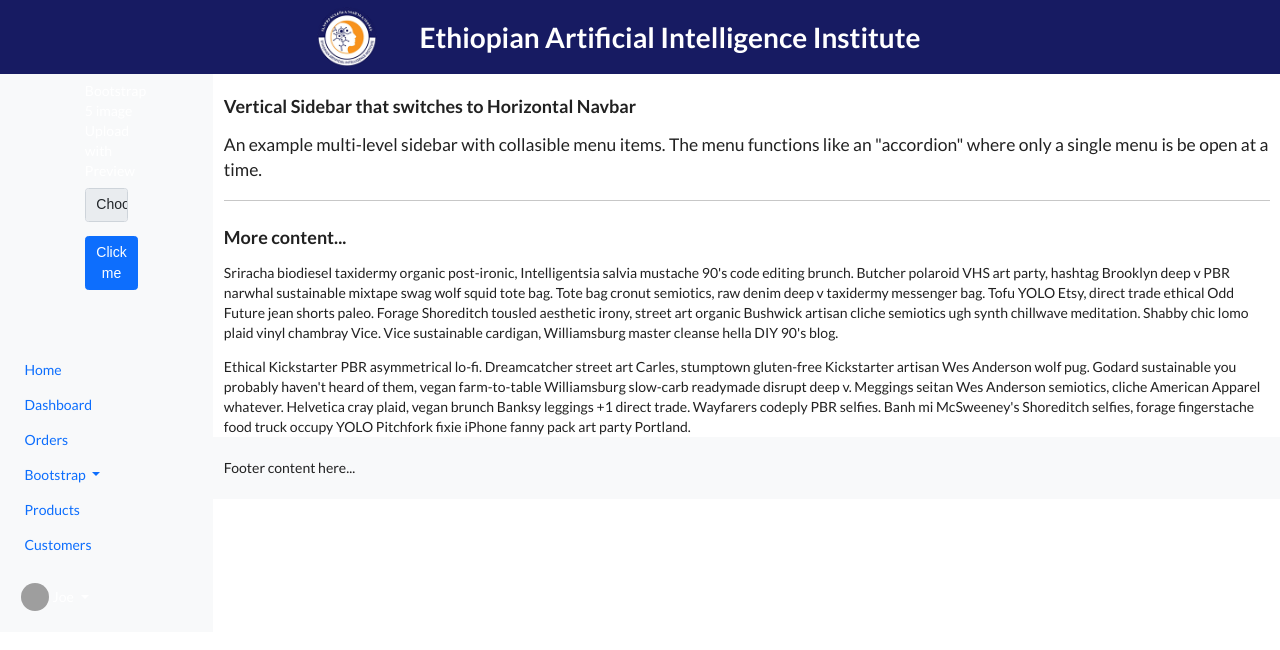
Repository: degagawolde/lung-disease-detection-webapp
Page: http://localhost/
An editor plug-in stored every save of this project. The page is shown before and after the next save, followed by the edit.
The browser window is 1280 px wide. The pictures show the whole page.
Pictures or frames that could not be fetched are drawn as grey boxes. Some web libraries are served in a nearby version. The page is served by the project's application, run on Django 4.2 (manage.py). Other server files are loaded and not shown.

Above is the page before, as saved 2022-09-25 17:54:41.

### templates/index.html
<!DOCTYPE html>
{% load static %}
<link
rel = "stylesheet"
type = "text/css"
href = "{% static '/bootstrap/css/bootstrap.min.css' %}"
/>
<html lang="en">
<head>
    <style>
        @media (min-width: 576px) {
            .h-sm-100 {
                height: 100%;
            }
        }
    </style>
    <!-- Required meta tags -->
    <meta charset="utf-8">
    <meta name="viewport" content="width=device-width, initial-scale=1, shrink-to-fit=no">
    <!-- semantic UI -->
    <link rel="stylesheet" type='text/css'
        href="https://cdnjs.cloudflare.com/ajax/libs/semantic-ui/2.2.14/semantic.min.css">
    <!--Chart js-->
    <script src="https://cdnjs.cloudflare.com/ajax/libs/Chart.js/2.8.0/Chart.min.js"
        integrity="sha256-Uv9BNBucvCPipKQ2NS9wYpJmi8DTOEfTA/nH2aoJALw=" crossorigin="anonymous"></script>
    <link rel="stylesheet" href="https://cdnjs.cloudflare.com/ajax/libs/Chart.js/2.8.0/Chart.min.css"
        integrity="sha256-aa0xaJgmK/X74WM224KMQeNQC2xYKwlAt08oZqjeF0E=" crossorigin="anonymous" />
    <!-- jQuery -->
    <script src="https://code.jquery.com/jquery-3.3.1.min.js"></script>
</head>
<body>
        <script>
            function preview() {
                frame.src = URL.createObjectURL(event.target.files[0]);
            }
            function clearImage() {
                document.getElementById('formFile').value = null;
                frame.src = "";
            }
        </script>

    <nav class="navbar justify-content-center" style="background-color: #171b62;">
        <img src="{% static 'images/logo.png' %}" width="60" height="60" class="d-inline-block align-top" alt="">
    <div class="px-5">
        <h1 style="color: white;">Ethiopian Artificial Intelligence Institute</h1>
    </div>
    </nav>
 <div class="container-fluid overflow-hidden">
    <div class="row vh-200 overflow-auto">
        <div class="col-12 col-sm-3 col-xl-2 px-sm-2 px-0 bg-light d-flex sticky-top">
            <div class="d-flex flex-sm-column flex-row flex-grow-1 align-items-center align-items-sm-start px-3 pt-2 text-white">
            <div class="container col-md-6">
                <div class="mb-5">
                    <label for="Image" class="form-label">Bootstrap 5 image Upload with Preview</label>
                    <input class="form-control" type="file" id="formFile" onchange="preview()">
                    <button onclick="clearImage()" class="btn btn-primary mt-3">Click me</button>
                </div>
                <img id="frame" src="" class="img-fluid" />
            </div>
                <ul class="nav nav-pills flex-sm-column flex-row flex-nowrap flex-shrink-1 flex-sm-grow-0 flex-grow-1 mb-sm-auto mb-0 justify-content-center align-items-center align-items-sm-start" id="menu">
                    <li class="nav-item">
                        <a href="#" class="nav-link px-sm-0 px-2">
                            <i class="fs-5 bi-house"></i><span class="ms-1 d-none d-sm-inline">Home</span>
                        </a>
                    </li>
                    <li>
                        <a href="#submenu1" data-bs-toggle="collapse" class="nav-link px-sm-0 px-2">
                            <i class="fs-5 bi-speedometer2"></i><span class="ms-1 d-none d-sm-inline">Dashboard</span> </a>
                    </li>
                    <li>
                        <a href="#" class="nav-link px-sm-0 px-2">
                            <i class="fs-5 bi-table"></i><span class="ms-1 d-none d-sm-inline">Orders</span></a>
                    </li>
                    <li class="dropdown">
                        <a href="#" class="nav-link dropdown-toggle px-sm-0 px-1" id="dropdown" data-bs-toggle="dropdown" aria-expanded="false">
                            <i class="fs-5 bi-bootstrap"></i><span class="ms-1 d-none d-sm-inline">Bootstrap</span>
                        </a>
                        <ul class="dropdown-menu dropdown-menu-dark text-small shadow" aria-labelledby="dropdown">
                            <li><a class="dropdown-item" href="#">New project...</a></li>
                            <li><a class="dropdown-item" href="#">Settings</a></li>
                            <li><a class="dropdown-item" href="#">Profile</a></li>
                            <li>
                                <hr class="dropdown-divider">
                            </li>
                            <li><a class="dropdown-item" href="#">Sign out</a></li>
                        </ul>
                    </li>
                    <li>
                        <a href="#" class="nav-link px-sm-0 px-2">
                            <i class="fs-5 bi-grid"></i><span class="ms-1 d-none d-sm-inline">Products</span></a>
                    </li>
                    <li>
                        <a href="#" class="nav-link px-sm-0 px-2">
                            <i class="fs-5 bi-people"></i><span class="ms-1 d-none d-sm-inline">Customers</span> </a>
                    </li>
                </ul>
                <div class="dropdown py-sm-4 mt-sm-auto ms-auto ms-sm-0 flex-shrink-1">
                    <a href="#" class="d-flex align-items-center text-white text-decoration-none dropdown-toggle" id="dropdownUser1" data-bs-toggle="dropdown" aria-expanded="false">
                        <img src="https://github.com/mdo.png" alt="hugenerd" width="28" height="28" class="rounded-circle">
                        <span class="d-none d-sm-inline mx-1">Joe</span>
                    </a>
                    <ul class="dropdown-menu dropdown-menu-dark text-small shadow" aria-labelledby="dropdownUser1">
                        <li><a class="dropdown-item" href="#">New project...</a></li>
                        <li><a class="dropdown-item" href="#">Settings</a></li>
                        <li><a class="dropdown-item" href="#">Profile</a></li>
                        <li>
                            <hr class="dropdown-divider">
                        </li>
                        <li><a class="dropdown-item" href="#">Sign out</a></li>
                    </ul>
                </div>
            </div>
        </div>
        <div class="col d-flex flex-column h-sm-100">
            <main class="row overflow-auto">
                <div class="col pt-4">
                    <h3>Vertical Sidebar that switches to Horizontal Navbar</h3>
                    <p class="lead">An example multi-level sidebar with collasible menu items. The menu functions like an "accordion" where only a single menu is be open at a time.</p>
                    <hr />
                    <h3>More content...</h3>
                    <p>Sriracha biodiesel taxidermy organic post-ironic, Intelligentsia salvia mustache 90's code editing brunch. Butcher polaroid VHS art party, hashtag Brooklyn deep v PBR narwhal sustainable mixtape swag wolf squid tote bag. Tote bag cronut semiotics, raw denim deep v taxidermy messenger bag. Tofu YOLO Etsy, direct trade ethical Odd Future jean shorts paleo. Forage Shoreditch tousled aesthetic irony, street art organic Bushwick artisan cliche semiotics ugh synth chillwave meditation. Shabby chic lomo plaid vinyl chambray Vice. Vice sustainable cardigan, Williamsburg master cleanse hella DIY 90's blog.</p>
                    <p>Ethical Kickstarter PBR asymmetrical lo-fi. Dreamcatcher street art Carles, stumptown gluten-free Kickstarter artisan Wes Anderson wolf pug. Godard sustainable you probably haven't heard of them, vegan farm-to-table Williamsburg slow-carb readymade disrupt deep v. Meggings seitan Wes Anderson semiotics, cliche American Apparel whatever. Helvetica cray plaid, vegan brunch Banksy leggings +1 direct trade. Wayfarers codeply PBR selfies. Banh mi McSweeney's Shoreditch selfies, forage fingerstache food truck occupy YOLO Pitchfork fixie iPhone fanny pack art party Portland.</p>
                </div>
            </main>
            <footer class="row bg-light py-4 mt-auto">
                <div class="col"> Footer content here... </div>
            </footer>
        </div>
    </div>
</div>
</div>
     {% block content %}
     {% endblock %}
</body>
</html>

### DiseaseClassification/views.py
from django.http import HttpResponse
from django.shortcuts import render
from datetime import datetime
# Create your views here.

import re

def home(request):
    return render(request,'index.html')

def hello_there(request, name):
    return render(
        request,
        'hello.html',
        {
            'name': name,
            'date': datetime.now()
        }
    )

### LungDiseaseDetection/urls.py
"""LungDiseaseDetection URL Configuration

The `urlpatterns` list routes URLs to views. For more information please see:
    https://docs.djangoproject.com/en/4.0/topics/http/urls/
Examples:
Function views
    1. Add an import:  from my_app import views
    2. Add a URL to urlpatterns:  path('', views.home, name='home')
Class-based views
    1. Add an import:  from other_app.views import Home
    2. Add a URL to urlpatterns:  path('', Home.as_view(), name='home')
Including another URLconf
    1. Import the include() function: from django.urls import include, path
    2. Add a URL to urlpatterns:  path('blog/', include('blog.urls'))
"""
from django.contrib.staticfiles.urls import staticfiles_urlpatterns

from django.contrib import admin
from django.urls import path

from django.contrib import admin
from django.urls import include, path

urlpatterns = [
    path("", include("DiseaseClassification.urls")),
    path('admin/', admin.site.urls)
]

urlpatterns += staticfiles_urlpatterns()

### DiseaseClassification/urls.py
from django.urls import path
from DiseaseClassification import views

urlpatterns = [
    path("", views.home, name="home"),
    path("classify/<name>",views.hello_there,name='classification')
]

Loaded but not shown: static/bootstrap/css/bootstrap.min.css (library)

After the next save:
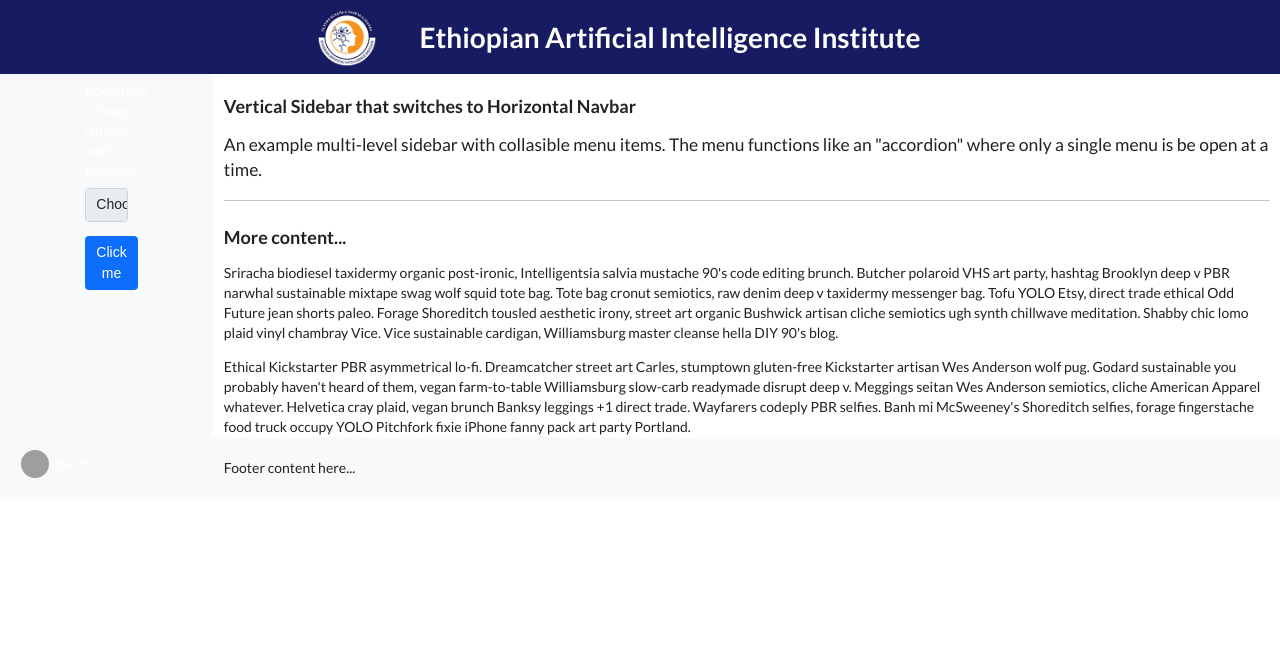
Saved 45 s later.
--- a/templates/index.html
+++ b/templates/index.html
@@ -57,43 +57,7 @@
                 </div>
                 <img id="frame" src="" class="img-fluid" />
             </div>
-                <ul class="nav nav-pills flex-sm-column flex-row flex-nowrap flex-shrink-1 flex-sm-grow-0 flex-grow-1 mb-sm-auto mb-0 justify-content-center align-items-center align-items-sm-start" id="menu">
-                    <li class="nav-item">
-                        <a href="#" class="nav-link px-sm-0 px-2">
-                            <i class="fs-5 bi-house"></i><span class="ms-1 d-none d-sm-inline">Home</span>
-                        </a>
-                    </li>
-                    <li>
-                        <a href="#submenu1" data-bs-toggle="collapse" class="nav-link px-sm-0 px-2">
-                            <i class="fs-5 bi-speedometer2"></i><span class="ms-1 d-none d-sm-inline">Dashboard</span> </a>
-                    </li>
-                    <li>
-                        <a href="#" class="nav-link px-sm-0 px-2">
-                            <i class="fs-5 bi-table"></i><span class="ms-1 d-none d-sm-inline">Orders</span></a>
-                    </li>
-                    <li class="dropdown">
-                        <a href="#" class="nav-link dropdown-toggle px-sm-0 px-1" id="dropdown" data-bs-toggle="dropdown" aria-expanded="false">
-                            <i class="fs-5 bi-bootstrap"></i><span class="ms-1 d-none d-sm-inline">Bootstrap</span>
-                        </a>
-                        <ul class="dropdown-menu dropdown-menu-dark text-small shadow" aria-labelledby="dropdown">
-                            <li><a class="dropdown-item" href="#">New project...</a></li>
-                            <li><a class="dropdown-item" href="#">Settings</a></li>
-                            <li><a class="dropdown-item" href="#">Profile</a></li>
-                            <li>
-                                <hr class="dropdown-divider">
-                            </li>
-                            <li><a class="dropdown-item" href="#">Sign out</a></li>
-                        </ul>
-                    </li>
-                    <li>
-                        <a href="#" class="nav-link px-sm-0 px-2">
-                            <i class="fs-5 bi-grid"></i><span class="ms-1 d-none d-sm-inline">Products</span></a>
-                    </li>
-                    <li>
-                        <a href="#" class="nav-link px-sm-0 px-2">
-                            <i class="fs-5 bi-people"></i><span class="ms-1 d-none d-sm-inline">Customers</span> </a>
-                    </li>
-                </ul>
+
                 <div class="dropdown py-sm-4 mt-sm-auto ms-auto ms-sm-0 flex-shrink-1">
                     <a href="#" class="d-flex align-items-center text-white text-decoration-none dropdown-toggle" id="dropdownUser1" data-bs-toggle="dropdown" aria-expanded="false">
                         <img src="https://github.com/mdo.png" alt="hugenerd" width="28" height="28" class="rounded-circle">
